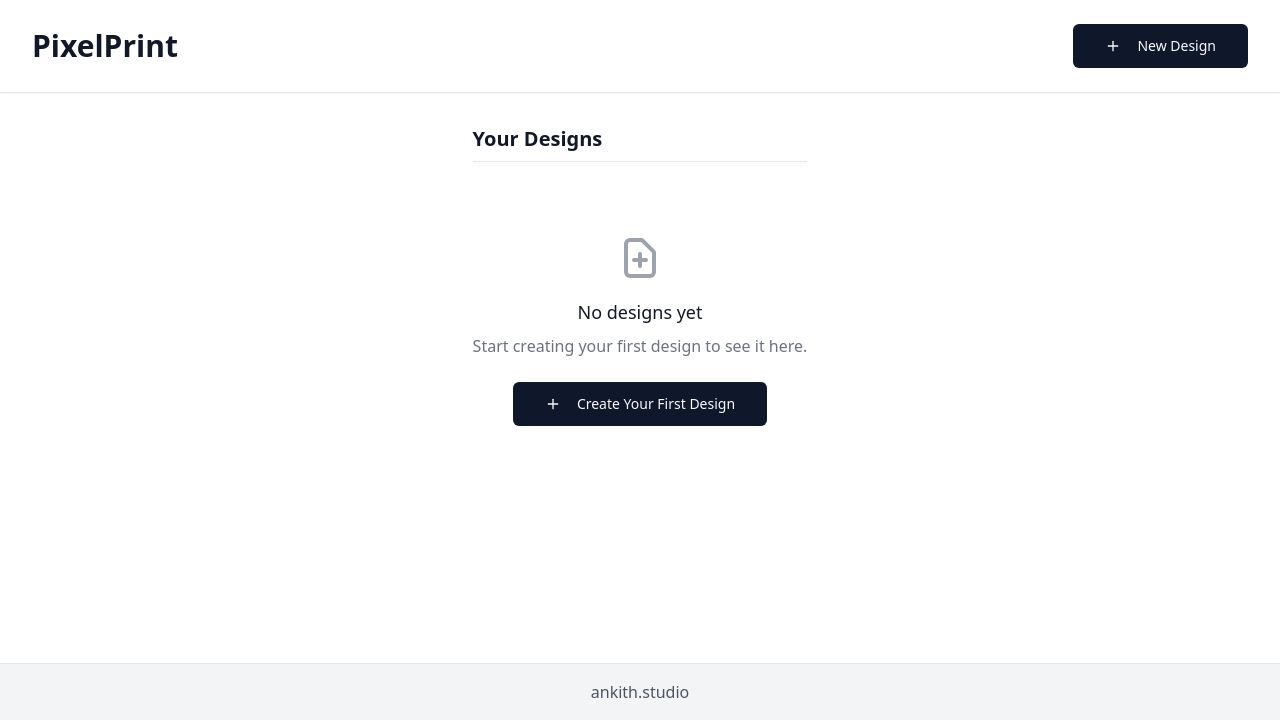
Repository: notankith/pixelprintv3
Page: /
The author's editor kept a copy of each file at every save. The page is drawn from the files as they stood at one save, then again after the next save.
The browser window is 1280 px wide. The pictures show the whole page.
The page's requests for data from a server got no answer. The project was rebuilt for these pictures with package versions that can differ from the ones it lists, and the page was loaded fresh each time. No one was signed in, and anything a server would have sent is missing. Also part of the build but not shown: vite.config.ts, src/components/ui/tooltip.tsx, src/components/ui/badge.tsx, src/components/canvas/CanvasEditor.tsx, src/components/ui/input.tsx, src/components/ui/label.tsx, src/components/ui/select.tsx, src/components/ui/checkbox.tsx and 5 more.

Above is the page before, as saved 2025-09-06 14:39:54.

### index.html
<!DOCTYPE html>
<html lang="en">
  <head>
    <meta charset="UTF-8" />
    <meta name="viewport" content="width=device-width, initial-scale=1.0" />
    <title>pixelprint-designer</title>
    <meta name="description" content="Lovable Generated Project" />
    <meta name="author" content="Lovable" />

    <meta property="og:title" content="pixelprint-designer" />
    <meta property="og:description" content="Lovable Generated Project" />
    <meta property="og:type" content="website" />
    <meta property="og:image" content="https://lovable.dev/opengraph-image-p98pqg.png" />

    <meta name="twitter:card" content="summary_large_image" />
    <meta name="twitter:site" content="@lovable_dev" />
    <meta name="twitter:image" content="https://lovable.dev/opengraph-image-p98pqg.png" />
  </head>

  <body>
    <div id="root"></div>
    <script type="module" src="/src/main.tsx"></script>
  </body>
</html>

### src/components/ui/toaster.tsx
import { useToast } from "@/hooks/use-toast"
import {
  Toast,
  ToastClose,
  ToastDescription,
  ToastProvider,
  ToastTitle,
  ToastViewport,
} from "@/components/ui/toast"

export function Toaster() {
  const { toasts } = useToast()

  return (
    <ToastProvider>
      {toasts.map(function ({ id, title, description, action, ...props }) {
        return (
          <Toast key={id} {...props}>
            <div className="grid gap-1">
              {title && <ToastTitle>{title}</ToastTitle>}
              {description && (
                <ToastDescription>{description}</ToastDescription>
              )}
            </div>
            {action}
            <ToastClose />
          </Toast>
        )
      })}
      <ToastViewport />
    </ToastProvider>
  )
}

### src/components/ui/sonner.tsx
import { useTheme } from "next-themes"
import { Toaster as Sonner, toast } from "sonner"

type ToasterProps = React.ComponentProps<typeof Sonner>

const Toaster = ({ ...props }: ToasterProps) => {
  const { theme = "system" } = useTheme()

  return (
    <Sonner
      theme={theme as ToasterProps["theme"]}
      className="toaster group"
      toastOptions={{
        classNames: {
          toast:
            "group toast group-[.toaster]:bg-background group-[.toaster]:text-foreground group-[.toaster]:border-border group-[.toaster]:shadow-lg",
          description: "group-[.toast]:text-muted-foreground",
          actionButton:
            "group-[.toast]:bg-primary group-[.toast]:text-primary-foreground",
          cancelButton:
            "group-[.toast]:bg-muted group-[.toast]:text-muted-foreground",
        },
      }}
      {...props}
    />
  )
}

export { Toaster, toast }

### src/pages/Index.tsx
import AppContainer from '@/components/AppContainer';

const Index = () => {
  return <AppContainer />;
};

export default Index;

### src/components/AppContainer.tsx
import React, { useState } from 'react';
import { Dashboard } from '@/components/Dashboard';
import { StickerDesigner } from '@/components/StickerDesigner';
import { Design } from '@/components/StickerDesigner';

type View = 'dashboard' | 'editor';

const AppContainer: React.FC = () => {
  const [currentView, setCurrentView] = useState<View>('dashboard');
  const [currentDesign, setCurrentDesign] = useState<Design | undefined>();

  const handleNavigateToEditor = (design?: Design) => {
    setCurrentDesign(design);
    setCurrentView('editor');
  };

  const handleNavigateToDashboard = () => {
    setCurrentView('dashboard');
    setCurrentDesign(undefined);
  };

  return (
    <div className="w-full h-full">
      {currentView === 'dashboard' ? (
        <Dashboard onNavigateToEditor={handleNavigateToEditor} />
      ) : (
        <StickerDesigner
          initialDesign={currentDesign}
          onNavigateBack={handleNavigateToDashboard}
        />
      )}
    </div>
  );
};

export default AppContainer;

### src/components/Dashboard.tsx
import React, { useState, useEffect } from 'react';
import { Button } from '@/components/ui/button';
import { Card, CardContent, CardHeader, CardTitle } from '@/components/ui/card';
import { Badge } from '@/components/ui/badge';
import { Separator } from '@/components/ui/separator';
import { Edit, Trash2, Printer, Plus, ExternalLink, RefreshCw } from 'lucide-react';
import { supabase } from '@/integrations/supabase/client';
import { toast } from 'sonner';
import { Design, DesignElement } from './StickerDesigner';
import { generateCanvasThumbnail, printDesign } from '@/utils/canvasUtils';
import { simplePrintDesign } from '@/utils/simplePrint';

interface DashboardProps {
  onNavigateToEditor: (design?: Design) => void;
}

interface SavedDesign extends Design {
  thumbnail?: string;
  created_at?: string;
  updated_at?: string;
}

export const Dashboard: React.FC<DashboardProps> = ({ onNavigateToEditor }) => {
  const [designs, setDesigns] = useState<SavedDesign[]>([]);
  const [isLoading, setIsLoading] = useState(true);
  const [generatingThumbnails, setGeneratingThumbnails] = useState<Set<string>>(new Set());

  // Load designs on component mount
  useEffect(() => {
    loadDesigns();
  }, []);

  const loadDesigns = async () => {
    try {
      setIsLoading(true);
      const { data, error } = await supabase
        .from('designs')
        .select('*')
        .order('created_at', { ascending: false });

      if (error) throw error;

      const formattedDesigns: SavedDesign[] = data.map(d => ({
        id: d.id,
        name: d.name,
        canvasWidth: d.canvas_width,
        canvasHeight: d.canvas_height,
        elements: Array.isArray(d.elements) ? (d.elements as unknown as DesignElement[]) : [],
        thumbnail: d.thumbnail_url,
        created_at: d.created_at,
        updated_at: d.updated_at,
      }));

      setDesigns(formattedDesigns);
    } catch (error) {
      console.error('Error loading designs:', error);
      toast.error('Failed to load designs');
    } finally {
      setIsLoading(false);
    }
  };

  const handleEdit = (design: SavedDesign) => {
    onNavigateToEditor(design);
  };

  const handleDelete = async (designId: string, designName: string) => {
    if (!window.confirm(`Are you sure you want to delete "${designName}"?`)) {
      return;
    }

    try {
      const { error } = await supabase
        .from('designs')
        .delete()
        .eq('id', designId);

      if (error) throw error;

      setDesigns(prev => prev.filter(d => d.id !== designId));
      toast.success('Design deleted successfully');
    } catch (error) {
      console.error('Error deleting design:', error);
      toast.error('Failed to delete design');
    }
  };

  const handleQuickPrint = async (design: SavedDesign) => {
    try {
      console.log('🖨️ Quick Print requested for design:', design.id);
      console.log('📋 Design data:', {
        name: design.name,
        canvasWidth: design.canvasWidth,
        canvasHeight: design.canvasHeight,
        elementsCount: design.elements?.length || 0
      });

      // Use the simple print function for testing
      await simplePrintDesign(design);
      console.log('✅ Print completed successfully');

    } catch (error) {
      console.error('❌ Error with Quick Print:', error);
      toast.error(error.message || 'Failed to print. Please try again.');
    }
  };

  const generateNewThumbnail = async (design: SavedDesign) => {
    if (generatingThumbnails.has(design.id)) return;

    setGeneratingThumbnails(prev => new Set(prev).add(design.id));

    try {
      const thumbnailDataURL = await generateCanvasThumbnail(design);

      // Update the design with the generated thumbnail
      setDesigns(prev => prev.map(d =>
        d.id === design.id ? { ...d, thumbnail: thumbnailDataURL } : d
      ));

      // Optionally save thumbnail to database
      await supabase
        .from('designs')
        .update({ thumbnail_url: thumbnailDataURL })
        .eq('id', design.id);

    } catch (error) {
      console.error('Error generating thumbnail:', error);
    } finally {
      setGeneratingThumbnails(prev => {
        const next = new Set(prev);
        next.delete(design.id);
        return next;
      });
    }
  };

  const renderThumbnail = (design: SavedDesign) => {
    const isGenerating = generatingThumbnails.has(design.id);

    // Always use the saved thumbnail_url if available
    if (design.thumbnail) {
      return (
        <div className="relative">
          <div className="w-full h-40 bg-gray-50 rounded-md border overflow-hidden">
            <img
              src={design.thumbnail}
              alt={design.name}
              className="w-full h-full object-contain"
              style={{
                imageRendering: 'crisp-edges'
              }}
            />
          </div>
          <Button
            variant="ghost"
            size="sm"
            onClick={() => generateNewThumbnail(design)}
            className="absolute top-1 right-1 h-6 w-6 p-0 bg-white/80 hover:bg-white"
            disabled={isGenerating}
          >
            <RefreshCw className={`h-3 w-3 ${isGenerating ? 'animate-spin' : ''}`} />
          </Button>
        </div>
      );
    }

    // Create a simple thumbnail representation
    const elementCount = design.elements.length;
    const hasText = design.elements.some(e => e.type === 'text');
    const hasImage = design.elements.some(e => e.type === 'image');

    return (
      <div className="relative w-full h-40 bg-gray-100 border-2 border-dashed border-gray-300 rounded-md flex flex-col items-center justify-center text-gray-500 text-sm">
        <div className="font-medium">{design.canvasWidth} × {design.canvasHeight}</div>
        <div className="mt-1">
          {elementCount} element{elementCount !== 1 ? 's' : ''}
        </div>
        <div className="flex gap-1 mt-1">
          {hasText && <Badge variant="secondary" className="text-xs">Text</Badge>}
          {hasImage && <Badge variant="secondary" className="text-xs">Image</Badge>}
        </div>
        <Button
          variant="outline"
          size="sm"
          onClick={() => generateNewThumbnail(design)}
          className="mt-2 h-6 text-xs"
          disabled={isGenerating}
        >
          {isGenerating ? (
            <>
              <RefreshCw className="h-3 w-3 animate-spin mr-1" />
              Generating...
            </>
          ) : (
            'Generate Preview'
          )}
        </Button>
      </div>
    );
  };

  const formatDate = (dateString?: string) => {
    if (!dateString) return 'Unknown';
    return new Date(dateString).toLocaleDateString('en-US', {
      year: 'numeric',
      month: 'short',
      day: 'numeric',
    });
  };

  return (
    <div className="min-h-screen flex flex-col">
      {/* Header */}
      <div className="bg-white shadow-sm border-b">
        <div className="max-w-7xl mx-auto px-4 sm:px-6 lg:px-8 py-6">
          <div className="flex flex-col sm:flex-row sm:items-center sm:justify-between">
            <div>
              <h1 className="text-3xl font-bold text-gray-900">PixelPrint</h1>
            </div>
            <Button
              onClick={() => onNavigateToEditor()}
              className="mt-4 sm:mt-0"
              size="lg"
            >
              <Plus className="h-4 w-4 mr-2" />
              New Design
            </Button>
          </div>
        </div>
      </div>
      {/* Main Content */}
      <div className="max-w-7xl mx-auto px-4 sm:px-6 lg:px-8 py-8 flex-1">
        <div className="mb-6">
          <h2 className="text-xl font-semibold text-gray-900 mb-2">Your Designs</h2>
          <Separator />
        </div>

        {isLoading ? (
          <div className="grid grid-cols-1 md:grid-cols-2 lg:grid-cols-3 xl:grid-cols-4 gap-6">
            {[...Array(8)].map((_, i) => (
              <Card key={i} className="animate-pulse">
                <CardContent className="p-4">
                  <div className="w-full h-32 bg-gray-200 rounded-md mb-4"></div>
                  <div className="h-4 bg-gray-200 rounded mb-2"></div>
                  <div className="h-3 bg-gray-200 rounded w-2/3 mb-4"></div>
                  <div className="flex gap-2">
                    <div className="h-8 bg-gray-200 rounded flex-1"></div>
                    <div className="h-8 bg-gray-200 rounded w-8"></div>
                    <div className="h-8 bg-gray-200 rounded w-8"></div>
                  </div>
                </CardContent>
              </Card>
            ))}
          </div>
        ) : designs.length === 0 ? (
          <div className="text-center py-12">
            <div className="max-w-md mx-auto">
              <div className="mb-4 text-gray-400">
                <svg className="mx-auto h-12 w-12" fill="none" viewBox="0 0 24 24" stroke="currentColor">
                  <path strokeLinecap="round" strokeLinejoin="round" strokeWidth={2} d="M9 13h6m-3-3v6m5 5H7a2 2 0 01-2-2V5a2 2 0 012-2h5.586a1 1 0 01.707.293l5.414 5.414a1 1 0 01.293.707V19a2 2 0 01-2 2z" />
                </svg>
              </div>
              <h3 className="text-lg font-medium text-gray-900 mb-2">No designs yet</h3>
              <p className="text-gray-500 mb-6">Start creating your first design to see it here.</p>
              <Button onClick={() => onNavigateToEditor()} size="lg">
                <Plus className="h-4 w-4 mr-2" />
                Create Your First Design
              </Button>
            </div>
          </div>
        ) : (
          <div className="grid grid-cols-1 md:grid-cols-2 lg:grid-cols-3 xl:grid-cols-4 gap-6">
            {designs.map((design) => (
              <Card key={design.id} className="hover:shadow-lg transition-shadow duration-200">
                <CardHeader className="pb-3">
                  <div className="aspect-video">
                    {renderThumbnail(design)}
                  </div>
                </CardHeader>
                <CardContent className="pt-0">
                  <div className="mb-3">
                    <h3 className="font-medium text-gray-900 truncate" title={design.name}>
                      {design.name}
                    </h3>
                    <p className="text-sm text-gray-500 mt-1">
                      Modified {formatDate(design.updated_at)}
                    </p>
                  </div>
                  <div className="flex gap-2">
                    <Button
                      variant="default"
                      size="sm"
                      onClick={() => handleEdit(design)}
                      className="flex-1"
                    >
                      <Edit className="h-3 w-3 mr-1" />
                      Edit
                    </Button>
                    <Button
                      variant="outline"
                      size="sm"
                      onClick={() => handleDelete(design.id, design.name)}
                      className="px-2 hover:bg-red-50 hover:border-red-200"
                    >
                      <Trash2 className="h-3 w-3 text-red-500" />
                    </Button>
                  </div>
                </CardContent>
              </Card>
            ))}
          </div>
        )}
      </div>
      {/* Footer with developer credits */}
      <footer className="w-full bg-gray-100 text-center py-4 border-t">
        <a href="https://ankith.studio" target="_blank" rel="noopener noreferrer" className="text-gray-600 hover:text-gray-800 font-medium">
          ankith.studio
        </a>
      </footer>
    </div>
  );
};

### src/components/ui/button.tsx
import * as React from "react"
import { Slot } from "@radix-ui/react-slot"
import { cva, type VariantProps } from "class-variance-authority"

import { cn } from "@/lib/utils"

const buttonVariants = cva(
  "inline-flex items-center justify-center gap-2 whitespace-nowrap rounded-md text-sm font-medium ring-offset-background transition-colors focus-visible:outline-none focus-visible:ring-2 focus-visible:ring-ring focus-visible:ring-offset-2 disabled:pointer-events-none disabled:opacity-50 [&_svg]:pointer-events-none [&_svg]:size-4 [&_svg]:shrink-0",
  {
    variants: {
      variant: {
        default: "bg-primary text-primary-foreground hover:bg-primary/90",
        destructive:
          "bg-destructive text-destructive-foreground hover:bg-destructive/90",
        outline:
          "border border-input bg-background hover:bg-accent hover:text-accent-foreground",
        secondary:
          "bg-secondary text-secondary-foreground hover:bg-secondary/80",
        ghost: "hover:bg-accent hover:text-accent-foreground",
        link: "text-primary underline-offset-4 hover:underline",
      },
      size: {
        default: "h-10 px-4 py-2",
        sm: "h-9 rounded-md px-3",
        lg: "h-11 rounded-md px-8",
        icon: "h-10 w-10",
      },
    },
    defaultVariants: {
      variant: "default",
      size: "default",
    },
  }
)

export interface ButtonProps
  extends React.ButtonHTMLAttributes<HTMLButtonElement>,
    VariantProps<typeof buttonVariants> {
  asChild?: boolean
}

const Button = React.forwardRef<HTMLButtonElement, ButtonProps>(
  ({ className, variant, size, asChild = false, ...props }, ref) => {
    const Comp = asChild ? Slot : "button"
    return (
      <Comp
        className={cn(buttonVariants({ variant, size, className }))}
        ref={ref}
        {...props}
      />
    )
  }
)
Button.displayName = "Button"

export { Button, buttonVariants }

### src/components/ui/card.tsx
import * as React from "react"

import { cn } from "@/lib/utils"

const Card = React.forwardRef<
  HTMLDivElement,
  React.HTMLAttributes<HTMLDivElement>
>(({ className, ...props }, ref) => (
  <div
    ref={ref}
    className={cn(
      "rounded-lg border bg-card text-card-foreground shadow-sm",
      className
    )}
    {...props}
  />
))
Card.displayName = "Card"

const CardHeader = React.forwardRef<
  HTMLDivElement,
  React.HTMLAttributes<HTMLDivElement>
>(({ className, ...props }, ref) => (
  <div
    ref={ref}
    className={cn("flex flex-col space-y-1.5 p-6", className)}
    {...props}
  />
))
CardHeader.displayName = "CardHeader"

const CardTitle = React.forwardRef<
  HTMLParagraphElement,
  React.HTMLAttributes<HTMLHeadingElement>
>(({ className, ...props }, ref) => (
  <h3
    ref={ref}
    className={cn(
      "text-2xl font-semibold leading-none tracking-tight",
      className
    )}
    {...props}
  />
))
CardTitle.displayName = "CardTitle"

const CardDescription = React.forwardRef<
  HTMLParagraphElement,
  React.HTMLAttributes<HTMLParagraphElement>
>(({ className, ...props }, ref) => (
  <p
    ref={ref}
    className={cn("text-sm text-muted-foreground", className)}
    {...props}
  />
))
CardDescription.displayName = "CardDescription"

const CardContent = React.forwardRef<
  HTMLDivElement,
  React.HTMLAttributes<HTMLDivElement>
>(({ className, ...props }, ref) => (
  <div ref={ref} className={cn("p-6 pt-0", className)} {...props} />
))
CardContent.displayName = "CardContent"

const CardFooter = React.forwardRef<
  HTMLDivElement,
  React.HTMLAttributes<HTMLDivElement>
>(({ className, ...props }, ref) => (
  <div
    ref={ref}
    className={cn("flex items-center p-6 pt-0", className)}
    {...props}
  />
))
CardFooter.displayName = "CardFooter"

export { Card, CardHeader, CardFooter, CardTitle, CardDescription, CardContent }

### src/components/ui/separator.tsx
import * as React from "react"
import * as SeparatorPrimitive from "@radix-ui/react-separator"

import { cn } from "@/lib/utils"

const Separator = React.forwardRef<
  React.ElementRef<typeof SeparatorPrimitive.Root>,
  React.ComponentPropsWithoutRef<typeof SeparatorPrimitive.Root>
>(
  (
    { className, orientation = "horizontal", decorative = true, ...props },
    ref
  ) => (
    <SeparatorPrimitive.Root
      ref={ref}
      decorative={decorative}
      orientation={orientation}
      className={cn(
        "shrink-0 bg-border",
        orientation === "horizontal" ? "h-[1px] w-full" : "h-full w-[1px]",
        className
      )}
      {...props}
    />
  )
)
Separator.displayName = SeparatorPrimitive.Root.displayName

export { Separator }

### src/integrations/supabase/client.ts
// This file is automatically generated. Do not edit it directly.
import { createClient } from '@supabase/supabase-js';
import type { Database } from './types';

const SUPABASE_URL = "https://avxvritfxevmpjsfamhx.supabase.co";
const SUPABASE_PUBLISHABLE_KEY = "eyJhbGciOiJIUzI1NiIsInR5cCI6IkpXVCJ9.eyJpc3MiOiJzdXBhYmFzZSIsInJlZiI6ImF2eHZyaXRmeGV2bXBqc2ZhbWh4Iiwicm9sZSI6ImFub24iLCJpYXQiOjE3NTU3ODE2NDEsImV4cCI6MjA3MTM1NzY0MX0.f3hsTas44dBlwV0csJUwDhOkCGD-eJdBaqgJPSMSJwk";

// Import the supabase client like this:
// import { supabase } from "@/integrations/supabase/client";

export const supabase = createClient<Database>(SUPABASE_URL, SUPABASE_PUBLISHABLE_KEY, {
  auth: {
    storage: localStorage,
    persistSession: true,
    autoRefreshToken: true,
  }
});

### tailwind.config.ts
import type { Config } from "tailwindcss";

export default {
	darkMode: ["class"],
	content: [
		"./pages/**/*.{ts,tsx}",
		"./components/**/*.{ts,tsx}",
		"./app/**/*.{ts,tsx}",
		"./src/**/*.{ts,tsx}",
	],
	prefix: "",
	theme: {
		container: {
			center: true,
			padding: '2rem',
			screens: {
				'2xl': '1400px'
			}
		},
		extend: {
			colors: {
				border: 'hsl(var(--border))',
				input: 'hsl(var(--input))',
				ring: 'hsl(var(--ring))',
				background: 'hsl(var(--background))',
				foreground: 'hsl(var(--foreground))',
				primary: {
					DEFAULT: 'hsl(var(--primary))',
					foreground: 'hsl(var(--primary-foreground))'
				},
				secondary: {
					DEFAULT: 'hsl(var(--secondary))',
					foreground: 'hsl(var(--secondary-foreground))'
				},
				destructive: {
					DEFAULT: 'hsl(var(--destructive))',
					foreground: 'hsl(var(--destructive-foreground))'
				},
				muted: {
					DEFAULT: 'hsl(var(--muted))',
					foreground: 'hsl(var(--muted-foreground))'
				},
				accent: {
					DEFAULT: 'hsl(var(--accent))',
					foreground: 'hsl(var(--accent-foreground))'
				},
				popover: {
					DEFAULT: 'hsl(var(--popover))',
					foreground: 'hsl(var(--popover-foreground))'
				},
				popper: {
					DEFAULT: 'hsl(var(--popover))',
					foreground: 'hsl(var(--popover-foreground))'
				},
				beige: '#f5f5dc',
				pastel: {
					pink: '#ffe4ec',
					yellow: '#fff9d6',
					blue: '#e3f2fd',
					green: '#d6f5e3',
					purple: '#e6e6fa'
				},
				card: {
					DEFAULT: 'hsl(var(--card))',
					foreground: 'hsl(var(--card-foreground))'
				},
				sidebar: {
					DEFAULT: 'hsl(var(--sidebar-background))',
					foreground: 'hsl(var(--sidebar-foreground))',
					primary: 'hsl(var(--sidebar-primary))',
					'primary-foreground': 'hsl(var(--sidebar-primary-foreground))',
					accent: 'hsl(var(--sidebar-accent))',
					'accent-foreground': 'hsl(var(--sidebar-accent-foreground))',
					border: 'hsl(var(--sidebar-border))',
					ring: 'hsl(var(--sidebar-ring))'
				}
			},
			borderRadius: {
				lg: 'var(--radius)',
				md: 'calc(var(--radius) - 2px)',
				sm: 'calc(var(--radius) - 4px)'
			},
			keyframes: {
				'accordion-down': {
					from: {
						height: '0'
					},
					to: {
						height: 'var(--radix-accordion-content-height)'
					}
				},
				'accordion-up': {
					from: {
						height: 'var(--radix-accordion-content-height)'
					},
					to: {
						height: '0'
					}
				}
			},
			animation: {
				'accordion-down': 'accordion-down 0.2s ease-out',
				'accordion-up': 'accordion-up 0.2s ease-out'
			}
		}
	},
	plugins: [require("tailwindcss-animate")],
} satisfies Config;

Loaded but not shown: src/main.tsx (common file); src/App.tsx (common file); src/index.css (common file); src/hooks/use-toast.ts (common file); src/lib/utils.ts (common file); src/utils/canvasUtils.ts (725 lines, source omitted); src/utils/canvasManager.ts (264 lines, source omitted); src/components/ui/toast.tsx (127 lines, source omitted); src/utils/simplePrint.ts (90 lines, source omitted)

After the next save:
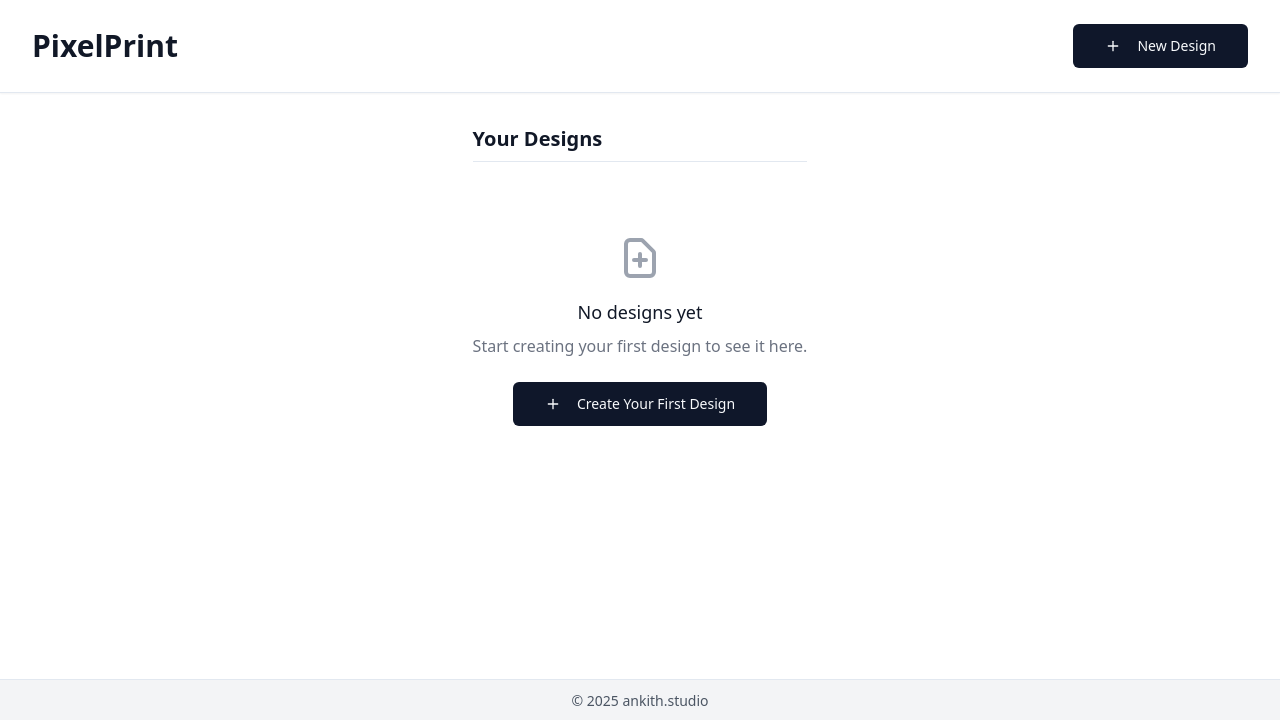
Saved 3 min 11 s later.
--- a/src/components/Dashboard.tsx
+++ b/src/components/Dashboard.tsx
@@ -313,10 +313,8 @@ export const Dashboard: React.FC<DashboardProps> = ({ onNavigateToEditor }) => {
         )}
       </div>
       {/* Footer with developer credits */}
-      <footer className="w-full bg-gray-100 text-center py-4 border-t">
-        <a href="https://ankith.studio" target="_blank" rel="noopener noreferrer" className="text-gray-600 hover:text-gray-800 font-medium">
-          ankith.studio
-        </a>
+      <footer className="w-full bg-gray-100 text-center py-2 border-t">
+        <span className="text-gray-600 text-sm">© 2025 ankith.studio</span>
       </footer>
     </div>
   );
